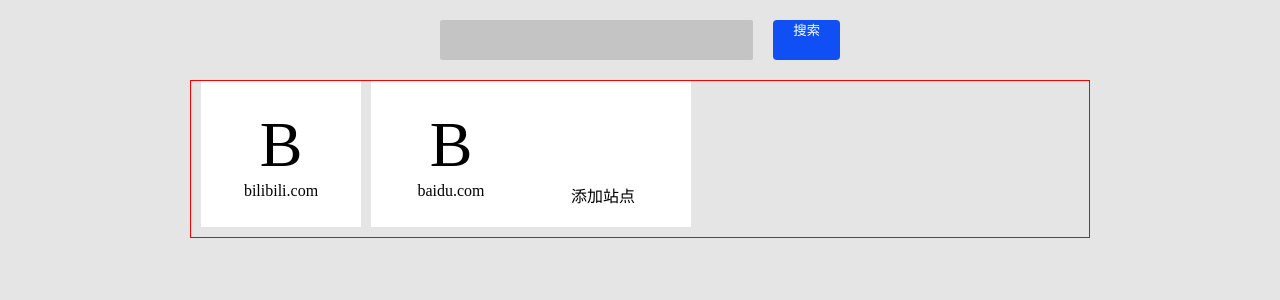
Repository: chenguocan/-
Page: src/index.html
An editor plug-in stored every save of this project. The page is shown before and after the next save, followed by the edit.
The browser window is 1280 px wide. The pictures show the whole page.

Above is the page before, as saved 2020-08-12 14:49:24.

After the next save:
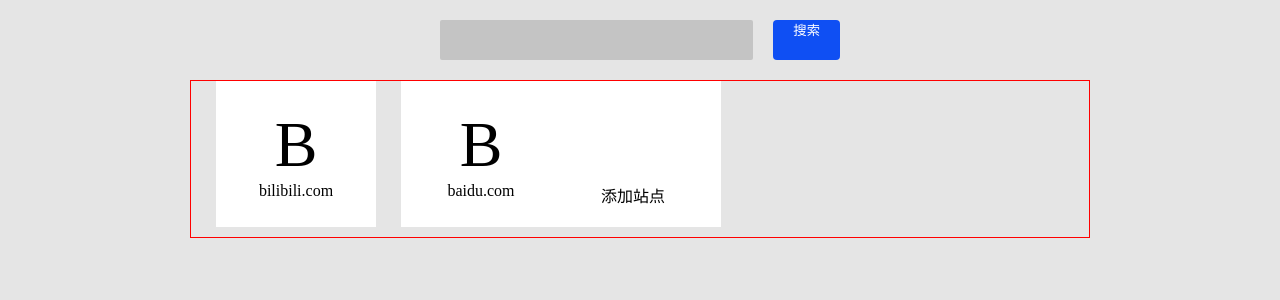
Saved 4 s later.
--- a/src/style.css
+++ b/src/style.css
@@ -84,7 +84,7 @@
 }
 @media(min-width:500px){
     .siteList .siteBox{
-        margin-left: 10px;
+        margin-left: 25px;
     }
 }
 .siteList .siteBox>.logo{
